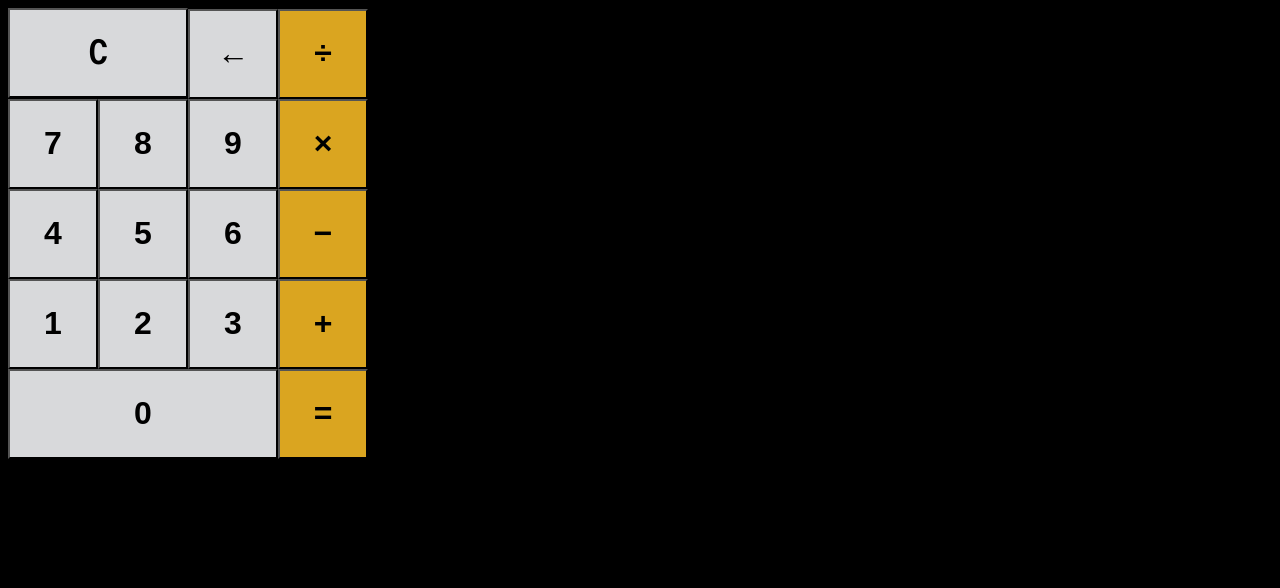
Repository: jontslater/LAB-calculator2
Page: index.html
These files come from the project's save history. The page is drawn as it stood at one moment and after the next save; the edit follows.
The browser window is 1280 px wide. The pictures show the whole page.

Above is the page before, as saved 2023-10-14 10:09:16.

After the next save:
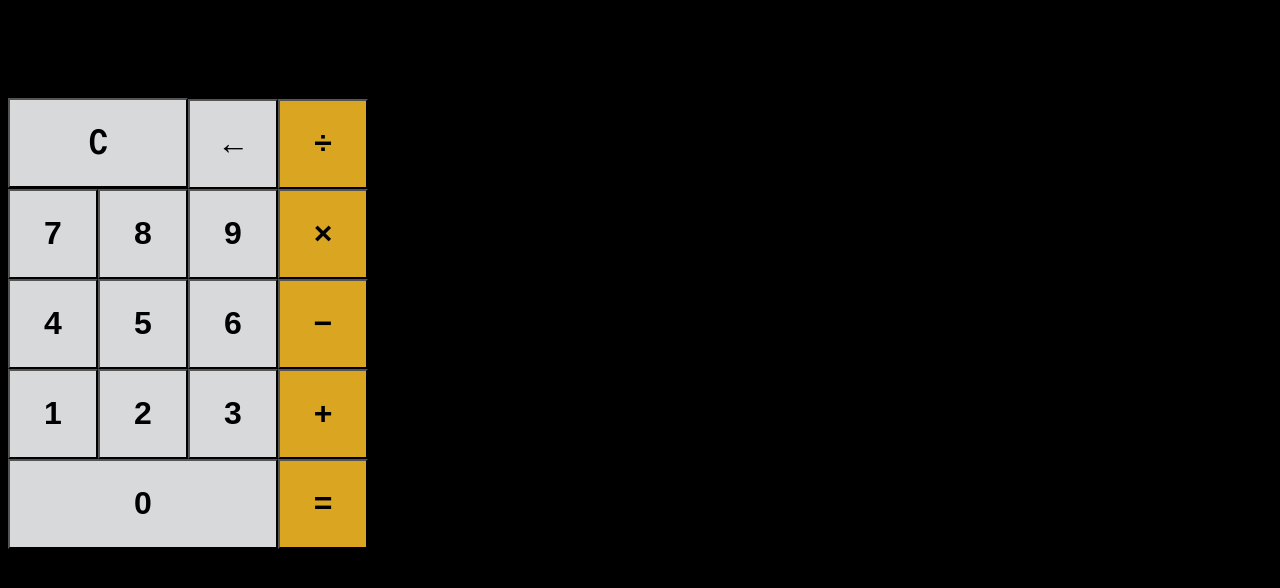
Saved 119 s later.
--- a/index.html
+++ b/index.html
@@ -10,6 +10,8 @@
 
 <body>
   <div class="container">
+
+    <div class="box"></div>
 
     <table>
     <button class="symbols gray three">&#8705;</button>
